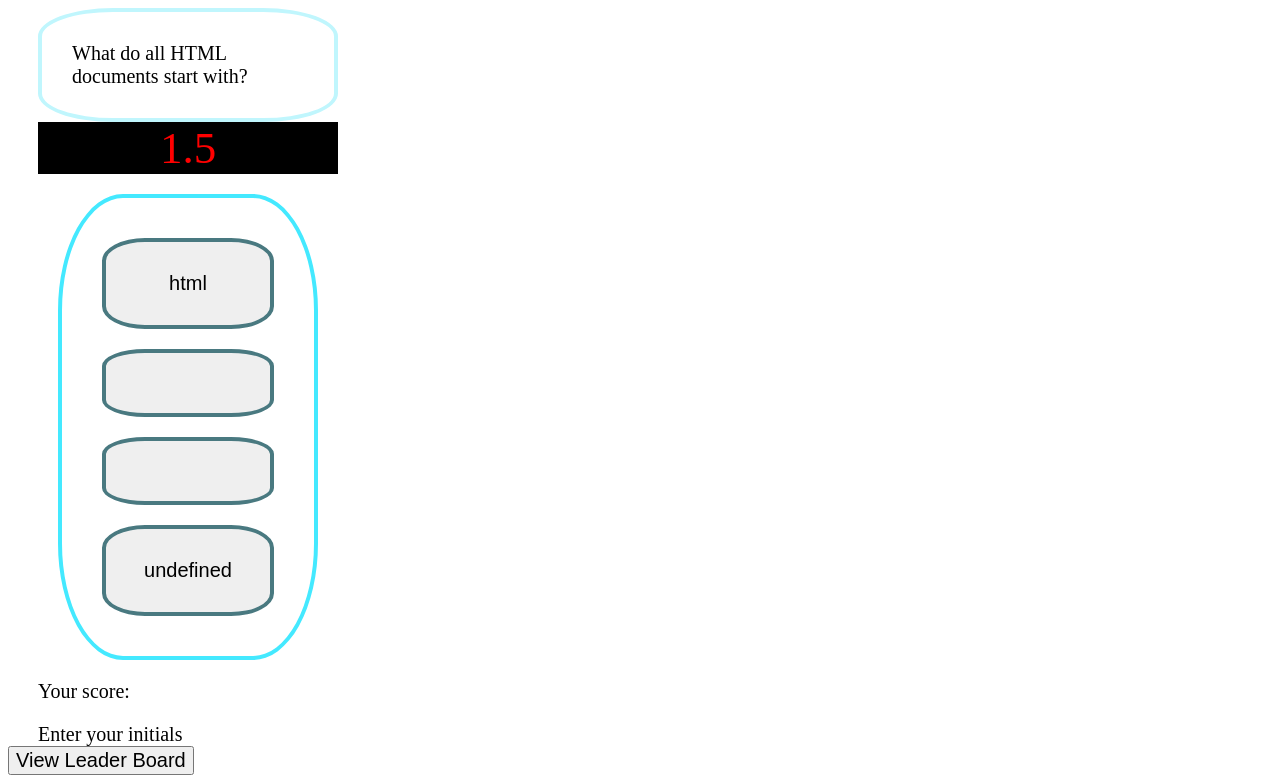
Repository: stuart-rickard/coding-quiz
Page: index.html
These files come from the project's save history. The page is drawn as it stood at one moment and after the next save; the edit follows.
The browser window is 1280 px wide. The pictures show the whole page.
After loading, the first visible `#starter-button` was clicked once.

Above is the page before, as saved 2021-11-23 06:09:33.

### index.html
<!DOCTYPE html>
<html lang="en">

<head>
  <meta charset="UTF-8">
  <meta name="viewport" content="width=device-width, initial-scale=1.0">
  <meta http-equiv="X-UA-Compatible" content="ie=edge">
  <title>Coding Quiz</title>
  <link rel="stylesheet" href="./assets/css/style.css">
</head>

<body>
  <main>
    <div class="start" id="intro">
      You are about to take a very difficult, time-controlled coding quiz.  Do you have the chops?  We'll find out!!
      <button id="starter-button">START!</button>
    </div>
    <div class="div-question-answerform">
      <div class="question" id="presented-question">

      </div>
      <div id="timer">
        60.0
      </div>
      <form class="answer-form" id="answer-list">
        <button class="answer-button" id="answer-a"></button>
        <button class="answer-button" id="answer-b"></button>
        <button class="answer-button" id="answer-c"></button>
        <button class="answer-button" id="answer-d"></button>
      </form>
    </div>
    <div class="test-done">
      <p>Your score:</p>
    </div>
    <div class="leaderboard-list">

    </div>
    <form>
      Enter your initials
    </form>
    </main>
  <footer>
    <button class="leaderboard-button">View Leader Board</button>
  </footer>

  <script src="./assets/js/script.js"></script>
</body>


</html>

### assets/css/style.css
:root {
  --primary: #44e9ff;
  --secondary: #497980;
  --tertiary: rgb(192, 246, 253);
  --grey: #333;


  --regular-line-width: 4px;

  --border-radius-regular: 25%;
}

* {
    box-sizing: border-box;
    font-size: 20px;
  }

main {
    width: 300px;
    margin-left: 30px;
}

.start {
    background-color: var(--primary);
    border: var(--regular-line-width) solid var(--tertiary);
    border-radius: var(--border-radius-regular);
    padding: 30px;
}

.div-question-answerform {
    /* display: none; */
}

.question {
    border: var(--regular-line-width) solid var(--tertiary);
    border-radius: var(--border-radius-regular);
    padding: 30px;
}

#timer {
    background-color: black;
    font-style: "Monotron";
    font-size: 45px;
    color: red;
    text-align:center;
}

.answer-form {
    margin: 20px;
    border: var(--regular-line-width) solid var(--primary);
    border-radius: var(--border-radius-regular);
    padding: 30px;
    display: flex;
    flex-direction: column;
}

.answer-button {
    border: var(--regular-line-width) solid var(--secondary);
    border-radius: var(--border-radius-regular);
    padding: 30px;
    margin: 10px;
}

### assets/js/script.js
var startButton = document.getElementById('starter-button');
var timerDisplay = document.getElementById("timer");
//var startDiv = document.getElementsByClassName("start");
var questionDiv = document.getElementById("presented-question");
var answerForm = document.getElementById("answer-list");
var answerA = document.getElementById("answer-a");
var answerB = document.getElementById("answer-b");
var answerC = document.getElementById("answer-c");
var answerD = document.getElementById("answer-d");
const initialTime = 3.0;
var timer = initialTime;
var quizTimeIsUp = false;

// questions array; many thanks to Joanne Chun for writing most of these
var questions = [{
    question:"Can you use double quotes or single quotes to designate a string?",
    answers: ["Double quotes only", "Single quotes only", "Neither can be used", "Either can be used"],
    correctAnswer: "Either can be used",
    author: "Stuart"
},{
    question:"What do all HTML documents start with?",
    answers: ["Hypertext","html","<!DOCTYPE html","<html>"],
    correctAnswer: "<!DOCTYPE html",
    author: "Joanne"
},{
    question:"What is the process of finding errors and fixing them within a program called?",
    answers: ["Solving","Fixing","Resetting","Debugging"],
    correctAnswer: "Debugging",
    author: "Joanne"
},{
    question:"How do you see which remote links (in GitHub) have been established for your project",
    answers: ["git remote links","git remote -v","git add A-","git remote origin"],
    correctAnswer: "git remote -v",
    author: "Joanne"
},{
    question:"Why do we need an alt attribute for images in an HTML document?",
    answers: ["To identify the image","To access the image","To give context for the image"],
    correctAnswer: "To give context for the image",
    author: "Joanne"
},{
    question:"Which CSS property do you use to align the flex container's items on the main-axis?",
    answers: ["justify-content","align-content","align-text","flex-center"],
    correctAnswer: "justify-content",
    author: "Joanne"
},{
    question:"The visible part of the HTML document is between:",
    answers: ["<head> and </head>","<html> and </html>","<body> and </body>","<visible> and </visible"],
    correctAnswer: "<body> and </body>",
    author: "Joanne"
},{
    question:"Which way of adding CSS to HTML documents requires using a link?",
    answers: ["Internal","External","Reference","Inline"],
    correctAnswer: "External",
    author: "Joanne"
},{
    question:"In CSS, how do you select an element with a specific id?",
    answers: ["Write (.) followed by the id of the element","Write (.) after the id of the element","Write (#) followed by the id of the element","Write (id) followed by the id of the element"],
    correctAnswer: "Write (#) followed by the id of the element",
    author: "Joanne"
}];


/*
Variable for score
Variables for stopping different processes
*/



var timerCountdown = function(){
    //debugger;

    document.getElementById("intro").style.display = "none";
    // make class=start display: none

    // make class=div-question-answerform display: block
    // reduce timer variable by 0.1
    var decreaseTimerVariable = function() {
        timer = timer-0.1;
        if (timer <= 0) {
            quizTimeIsUp = true;
            timerDisplay.innerHTML = "out of time"; // this line doesn't work for some reason
            clearInterval(timerDecrement);
        }
        timerDisplay.innerHTML = timer.toFixed(1);
    };
    // call reduction of timer variable each one tenth of a second
    var timerDecrement = setInterval(decreaseTimerVariable,100);
};

var quizProcess = function() {
    // hide the intro
    document.getElementById("intro").style.display = "none";
    // TODO add display the question section
    //Begin clock
    timerCountdown();
    // get questions / answers
    questionDiv.innerHTML = questions[1].question;
    answerA.innerHTML = questions[1].answers[1];
    answerB.innerHTML = questions[1].answers[2];
    answerC.innerHTML = questions[1].answers[3];
    answerD.innerHTML = questions[1].answers[4];

}


//Listen for start button: start upon click
// delete console.log("click worked here");
startButton.addEventListener("click", quizProcess);


/*
    begin asking questions
	Check the clock frequently and end game when it expires
		End game is just taking the ability to answer away
	Check answers
		If correct, add to score and show green
		If incorrect, reduce time left and show red
    bring up next question .5 seconds
When game ends
	Offer ability to record high score
		Store and retrieve high scores
	Offer "play again?"
*/

After the next save:
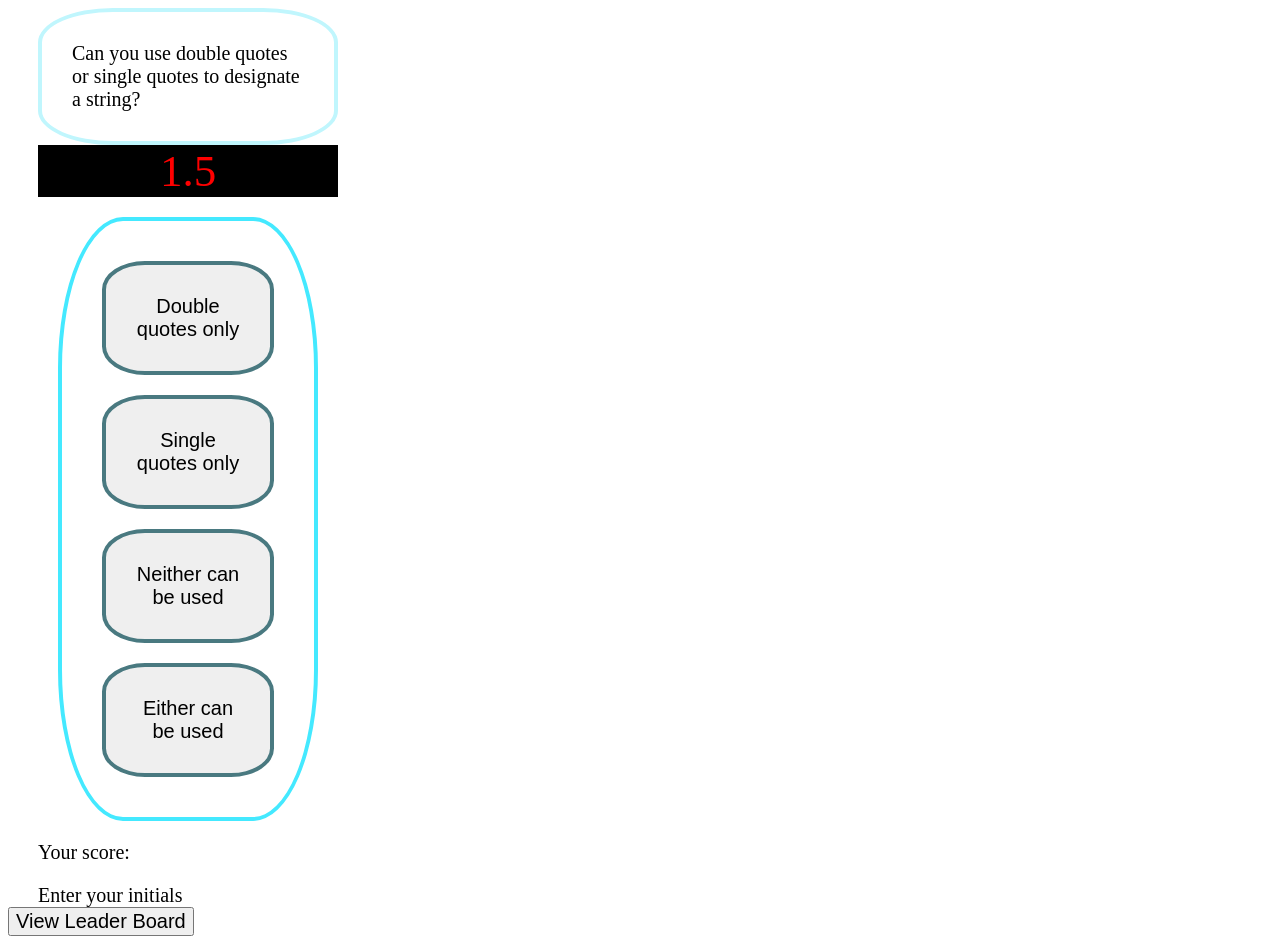
Saved 4 min 11 s later.
--- a/assets/js/script.js
+++ b/assets/js/script.js
@@ -14,7 +14,7 @@
 // questions array; many thanks to Joanne Chun for writing most of these
 var questions = [{
     question:"Can you use double quotes or single quotes to designate a string?",
-    answers: ["Double quotes only", "Single quotes only", "Neither can be used", "Either can be used"],
+    answers: ["Double quotes only", "Single quotes only", "Neither can be used"],
     correctAnswer: "Either can be used",
     author: "Stuart"
 },{
@@ -95,11 +95,11 @@
     //Begin clock
     timerCountdown();
     // get questions / answers
-    questionDiv.innerHTML = questions[1].question;
-    answerA.innerHTML = questions[1].answers[1];
-    answerB.innerHTML = questions[1].answers[2];
-    answerC.innerHTML = questions[1].answers[3];
-    answerD.innerHTML = questions[1].answers[4];
+    questionDiv.innerHTML = questions[0].question;
+    answerA.innerHTML = questions[0].answers[0];
+    answerB.innerHTML = questions[0].answers[1];
+    answerC.innerHTML = questions[0].answers[2];
+    answerD.innerHTML = questions[0].correctAnswer;
 
 }
 
